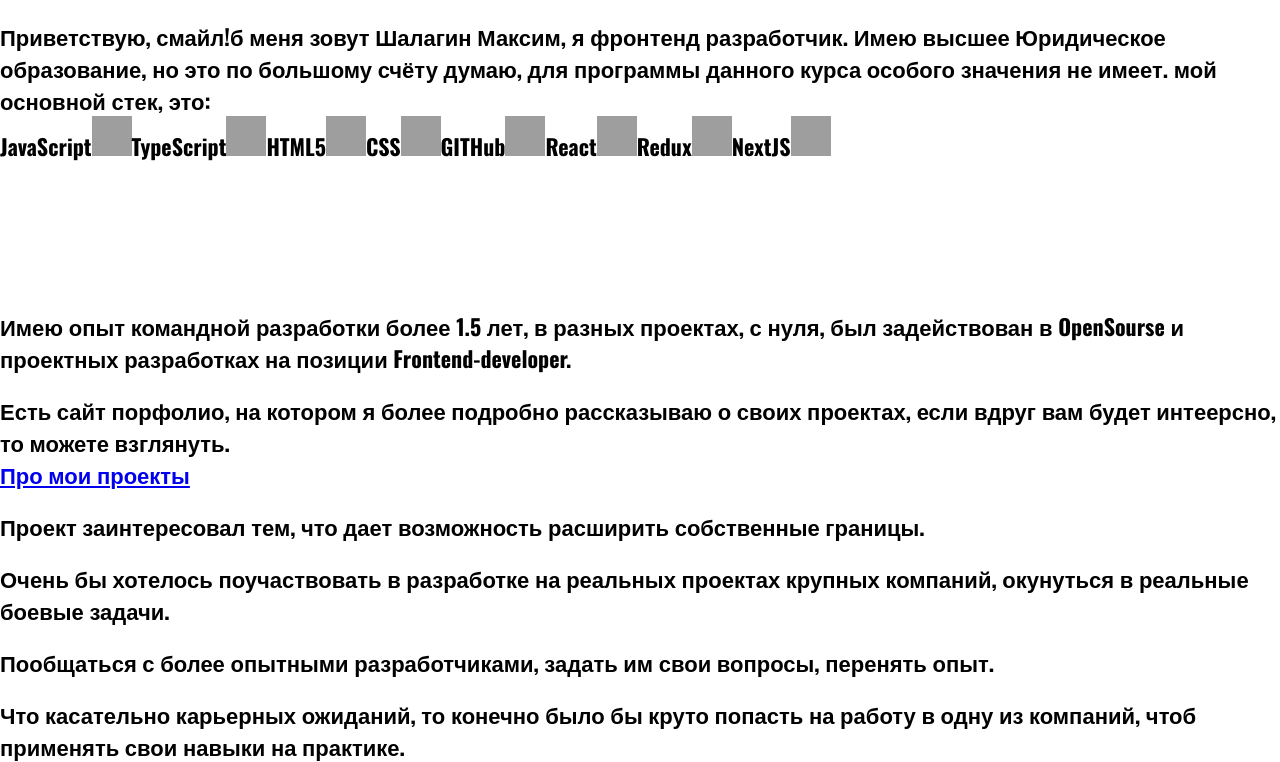
Repository: ni4egonepridumal/letter
Page: index.html
The author's editor kept a copy of each file at every save. The page is drawn from the files as they stood at one save, then again after the next save.
The browser window is 1280 px wide. The pictures show the whole page.
Pictures or frames that could not be fetched are drawn as grey boxes.

Above is the page before, as saved 2024-01-18 17:31:06.

### index.html
<!DOCTYPE html>
<html lang="en">
  <head>
    <meta charset="UTF-8" />
    <meta name="viewport" content="width=device-width, initial-scale=1.0" />
    <link rel="stylesheet" href="style.css" />
    <link rel="preconnect" href="https://fonts.googleapis.com" />
    <link rel="preconnect" href="https://fonts.gstatic.com" crossorigin />
    <link
      href="https://fonts.googleapis.com/css2?family=Oswald:wght@200..700&display=swap"
      rel="stylesheet"
    />
    <title>Document</title>
  </head>
  <body>
    <div class="container">
      <p>
        Приветствую, смайл!б меня зовут Шалагин Максим, я фронтенд разработчик.
        Имею высшее Юридическое образование, но это по большому счёту думаю, для
        программы данного курса особого значения не имеет. мой основной стек,
        это:
      </p>
      <div class="myScills">
        <div class="_img_10in9_33">
          <label>JavaScript</label
          ><img
            src="https://raw.githubusercontent.com/devicons/devicon/master/icons/javascript/javascript-original.svg"
            alt="javascript"
            width="40"
            height="40"
          />
        </div>
        <div class="_img_10in9_33">
          <label>TypeScript</label
          ><img
            src="https://raw.githubusercontent.com/devicons/devicon/master/icons/typescript/typescript-original.svg"
            alt="typescript"
            width="40"
            height="40"
          />
        </div>
        <div class="_img_10in9_33">
          <label>HTML5</label
          ><img
            src="https://raw.githubusercontent.com/devicons/devicon/master/icons/html5/html5-original-wordmark.svg"
            alt="html5"
            width="40"
            height="40"
          />
        </div>
        <div class="_smallText_10in9_45">
          <label>CSS</label
          ><img
            src="https://raw.githubusercontent.com/devicons/devicon/master/icons/css3/css3-original-wordmark.svg"
            alt="css3"
            width="40"
            height="40"
          />
        </div>
        <div class="_img_10in9_33">
          <label>GITHub</label
          ><img
            src="https://raw.githubusercontent.com/devicons/devicon/master/icons/github/github-original.svg"
            alt="git"
            width="40"
            height="40"
          />
        </div>
        <div class="_smallText_10in9_45">
          <label>React</label
          ><img
            src="https://raw.githubusercontent.com/devicons/devicon/master/icons/react/react-original-wordmark.svg"
            alt="react"
            width="40"
            height="40"
          />
        </div>
        <div class="img">
          <label>Redux</label
          ><img
            src="https://raw.githubusercontent.com/devicons/devicon/master/icons/redux/redux-original.svg"
            alt="redux"
            width="40"
            height="40"
          />
        </div>
        <div class="_img_10in9_33">
          <label>NextJS</label
          ><img
            src="https://cdn.worldvectorlogo.com/logos/nextjs-2.svg"
            alt="nextjs"
            width="40"
            height="40"
          />
        </div>
      </div>
      <ul>
        <li></li>
        <li></li>
        <li></li>
        <li></li>
      </ul>
      <p>
        Имею опыт командной разработки более 1.5 лет, в разных проектах, с нуля,
        был задействован в OpenSourse и проектных разработках на позиции
        Frontend-developer.
      </p>
      <p>
        Есть сайт порфолио, на котором я более подробно рассказываю о своих
        проектах, если вдруг вам будет интеерсно, то можете взглянуть.
      </p>
      <a href="https://portfolio-three-taupe-20.vercel.app/">Про мои проекты</a>
      <p>
        Проект заинтересовал тем, что дает возможность расширить собственные
        границы.
      </p>
      <p>
        Очень бы хотелось поучаствовать в разработке на реальных проектах
        крупных компаний, окунуться в реальные боевые задачи.
      </p>
      <p>
        Пообщаться с более опытными разработчиками, задать им свои вопросы,
        перенять опыт.
      </p>
      <p>
        Что касательно карьерных ожиданий, то конечно было бы круто попасть на
        работу в одну из компаний, чтоб применять свои навыки на практике.
      </p>
    </div>
  </body>
</html>

### style.css
* {
  margin: 0;
  padding: 0;
  box-sizing: border-box;
}

body {
  font-size: 22px;
  font-weight: 700;
  font-family: "Oswald", sans-serif;
}
p {
  margin-top: 20px;
}
.container {
  max-width: 1600px;
  margin: 0 auto;
}
.myScills {
  display: flex;
  flex-wrap: wrap;
}

After the next save:
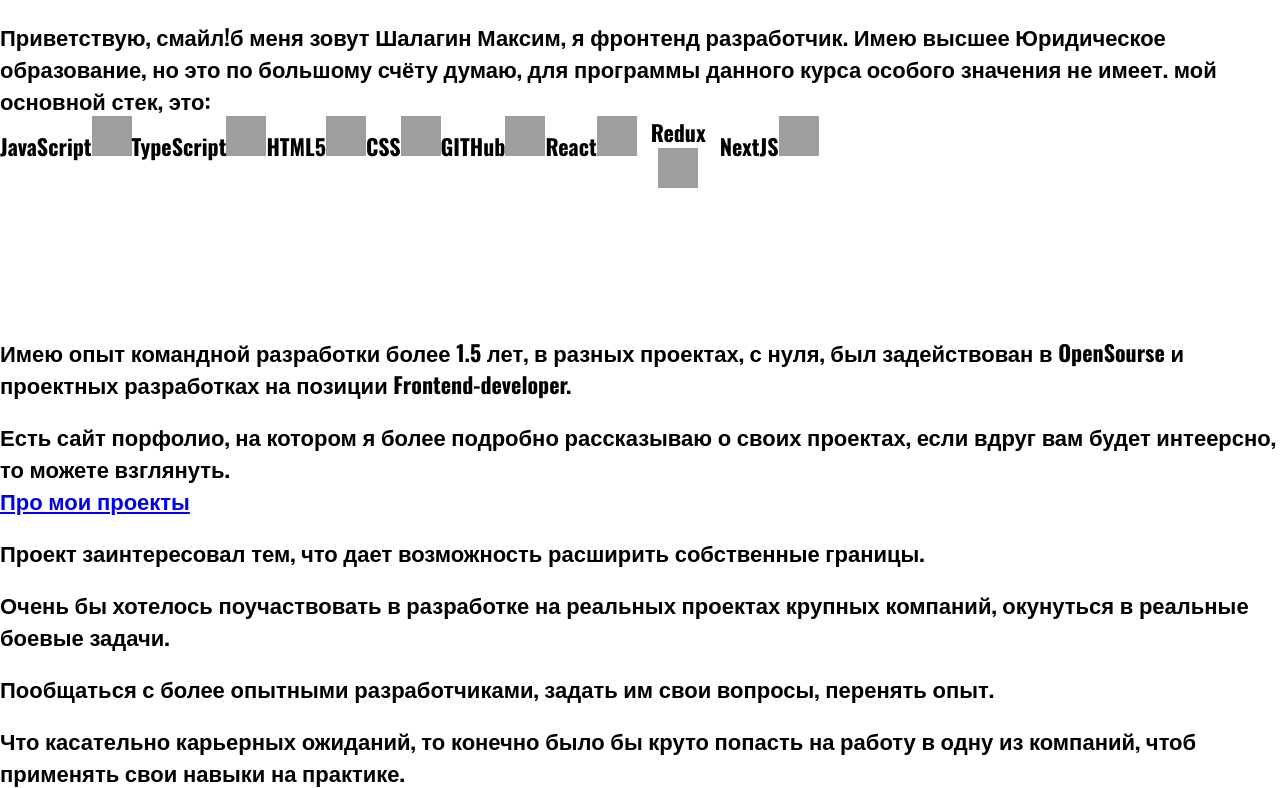
Saved 4 s later.
--- a/style.css
+++ b/style.css
@@ -20,3 +20,9 @@
   display: flex;
   flex-wrap: wrap;
 }
+.img {
+    width: 83px;
+    display: flex;
+    justify-content: center;
+    flex-wrap: wrap;
+}
